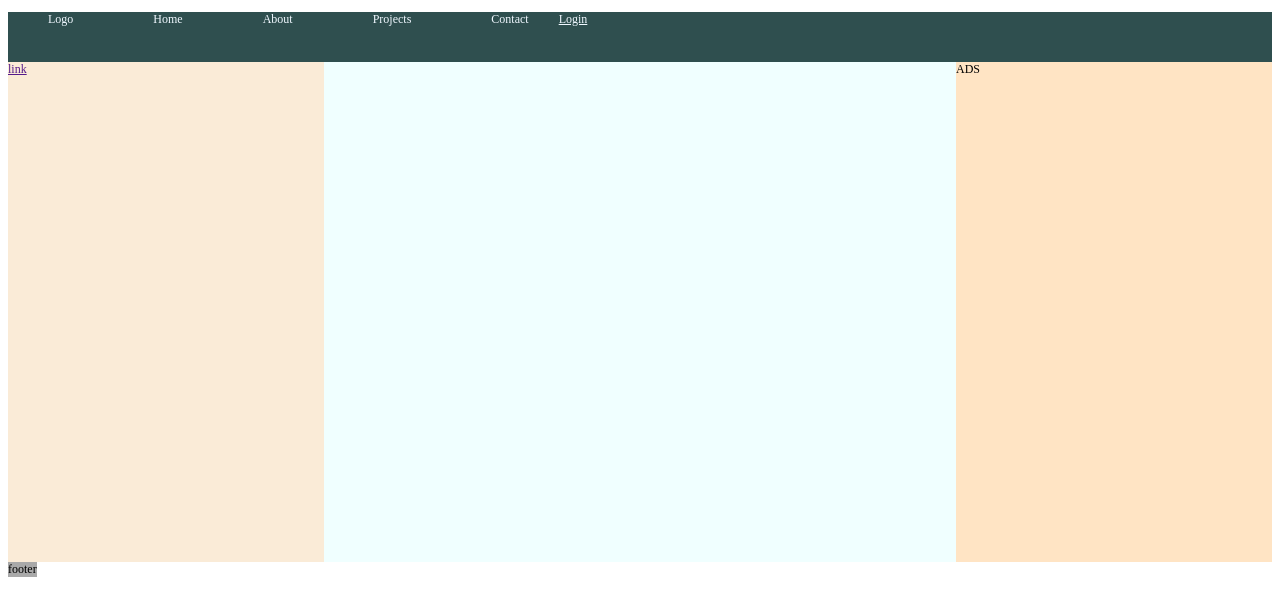
Repository: congle98/CSS_LayoutRWDCoBan
Page: index.html
These files come from the project's save history. The page is drawn as it stood at one moment and after a run of saves; the edit follows.
The browser window is 1280 px wide. The pictures show the whole page.

Above is the page before, as saved 2021-05-26 16:18:33.

After the next 4 saves:
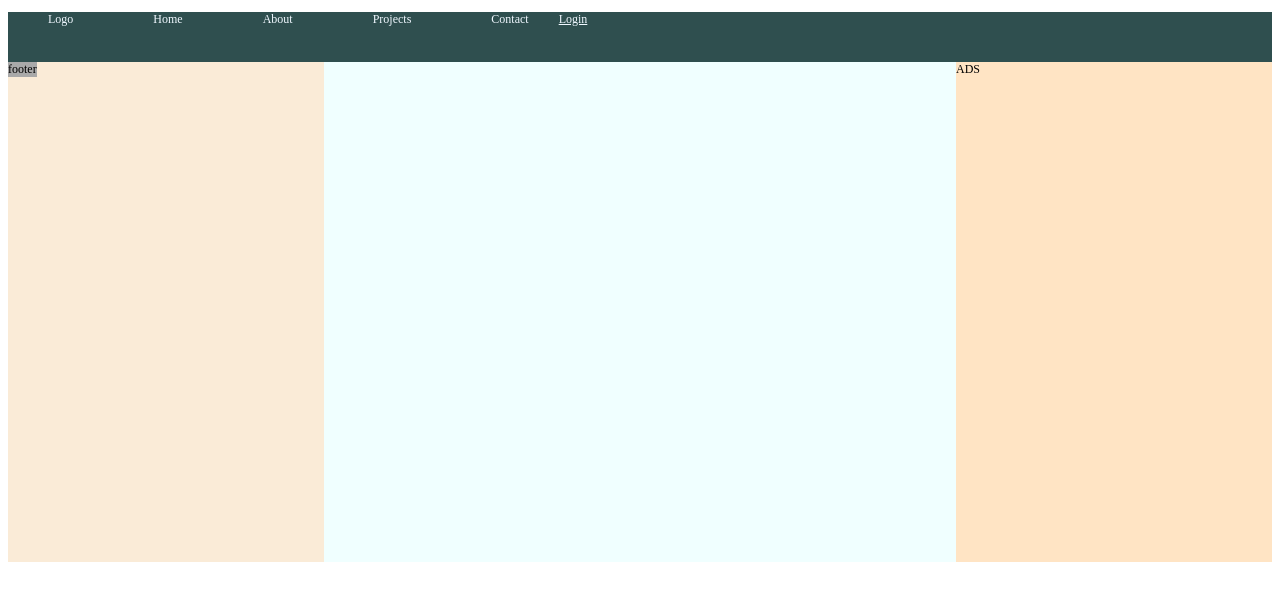
The 4 saves are shown as one change because they came seconds apart.
The last was saved 10 s later.
--- a/index.html
+++ b/index.html
@@ -62,8 +62,8 @@
         }
         .footer{
             background-color: darkgray;
-            position: relative;
-            float: left;
+            position: fixed;
+            float:
         }
     </style>
 </head>
